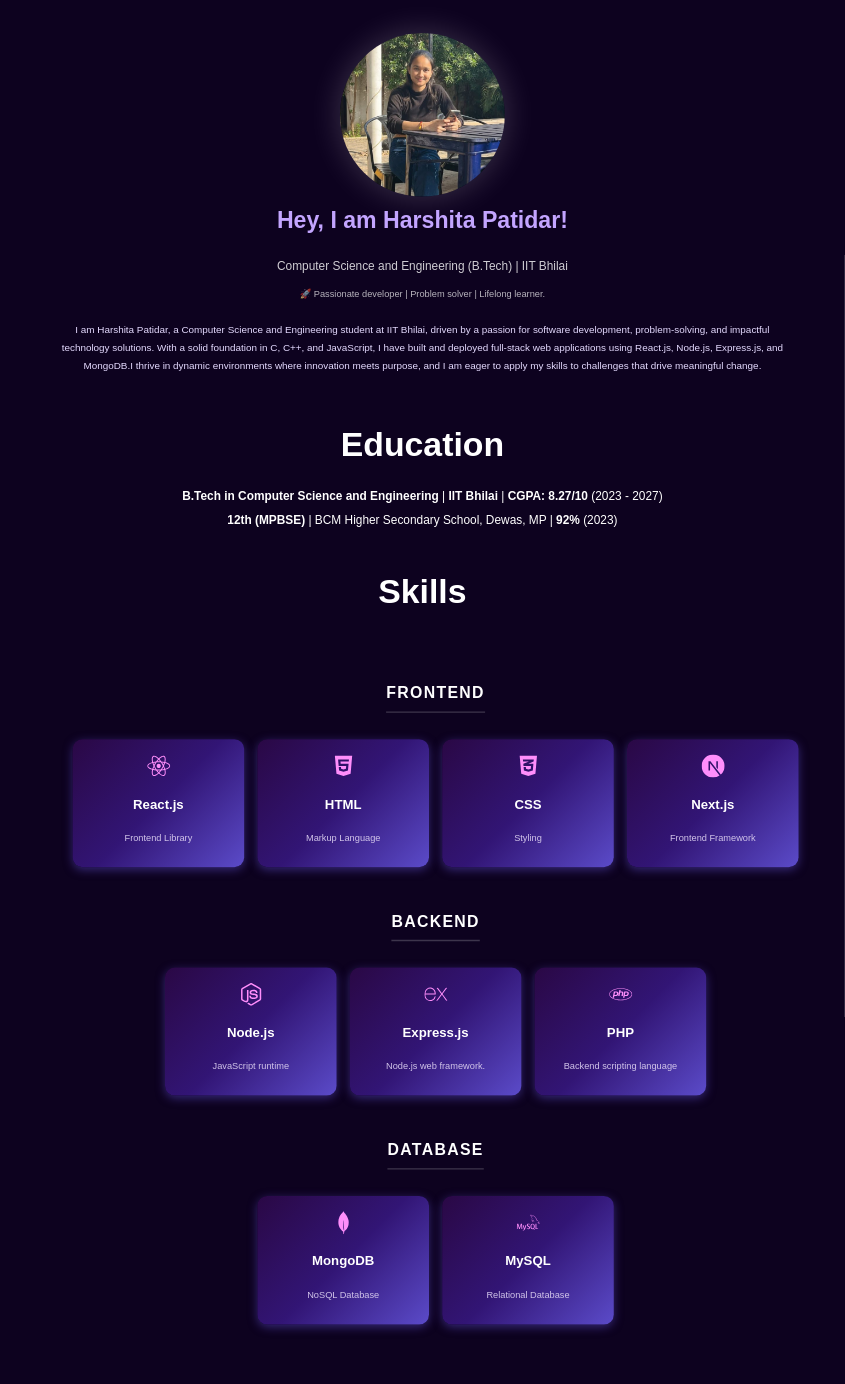
Repository: harshitap1305/Portfolio
Page: /
These files come from the project's save history. The page is drawn as it stood at one moment and after a run of saves; the edit follows.
The browser window is 1280 px wide. The pictures show the whole page, at 66% of full size.
The project was rebuilt for these pictures with package versions that can differ from the ones it lists, and the page was loaded fresh each time. Also part of the build but not shown: vite.config.js.

Above is the page before, as saved 2025-03-27 19:22:24.

After the next 2 saves:
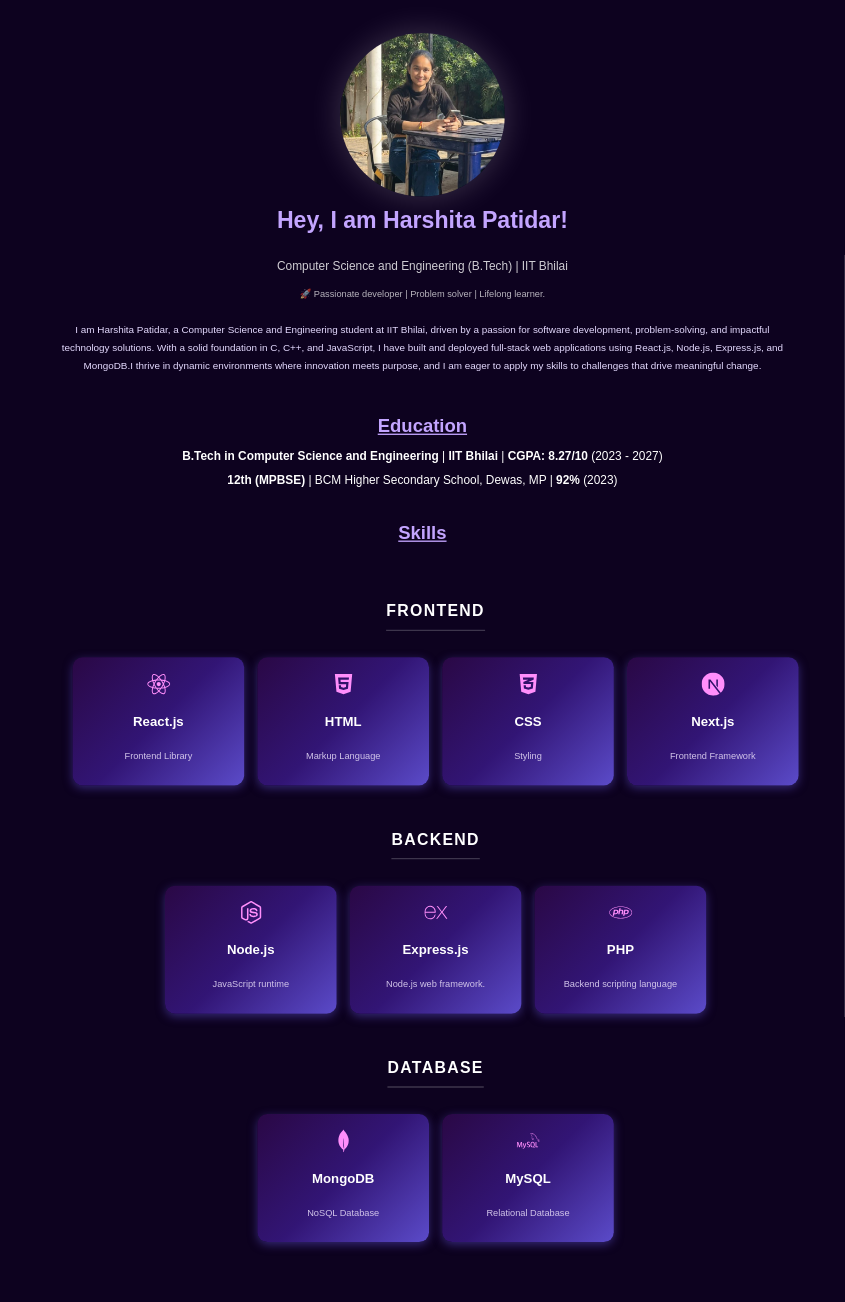
The 2 saves are shown as one change because they came seconds apart.
The last was saved 7 s later.
--- a/src/App.css
+++ b/src/App.css
@@ -66,7 +66,7 @@ body {
   text-align: center;
 }
 
-.education-heading,. {
+.education-heading,.skills-heading {
   font-size: 28px;
   font-weight: bold;
   color: #c3a5ff;
